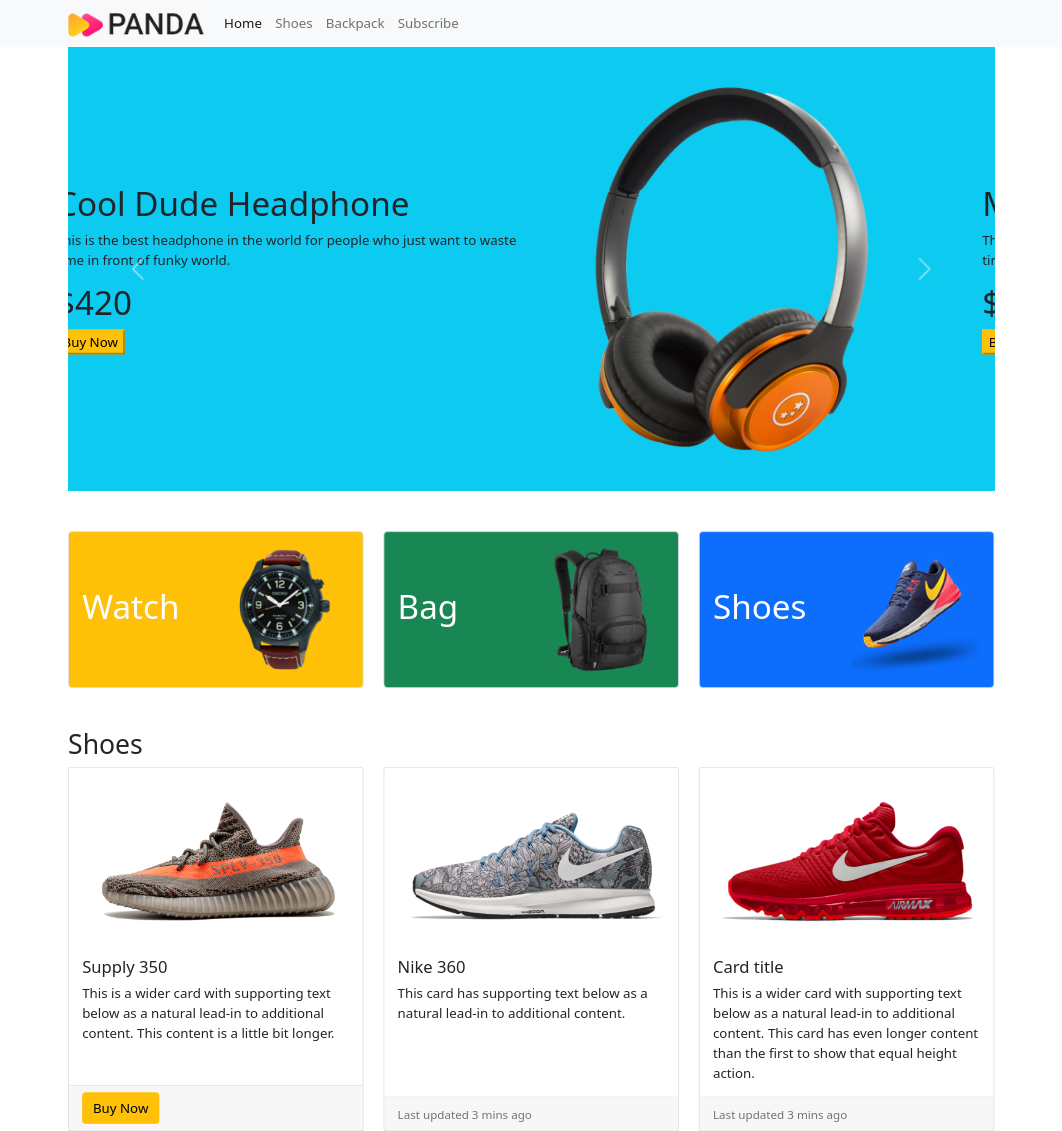
Repository: mdmohiddin/panda-commerce-rp
Page: index.html
The author's editor kept a copy of each file at every save. The page is drawn from the files as they stood at one save, then again after the next save.
The browser window is 1280 px wide. The pictures show the whole page, at 83% of full size.

Above is the page before, as saved 2021-07-28 18:32:56.

After the next save:
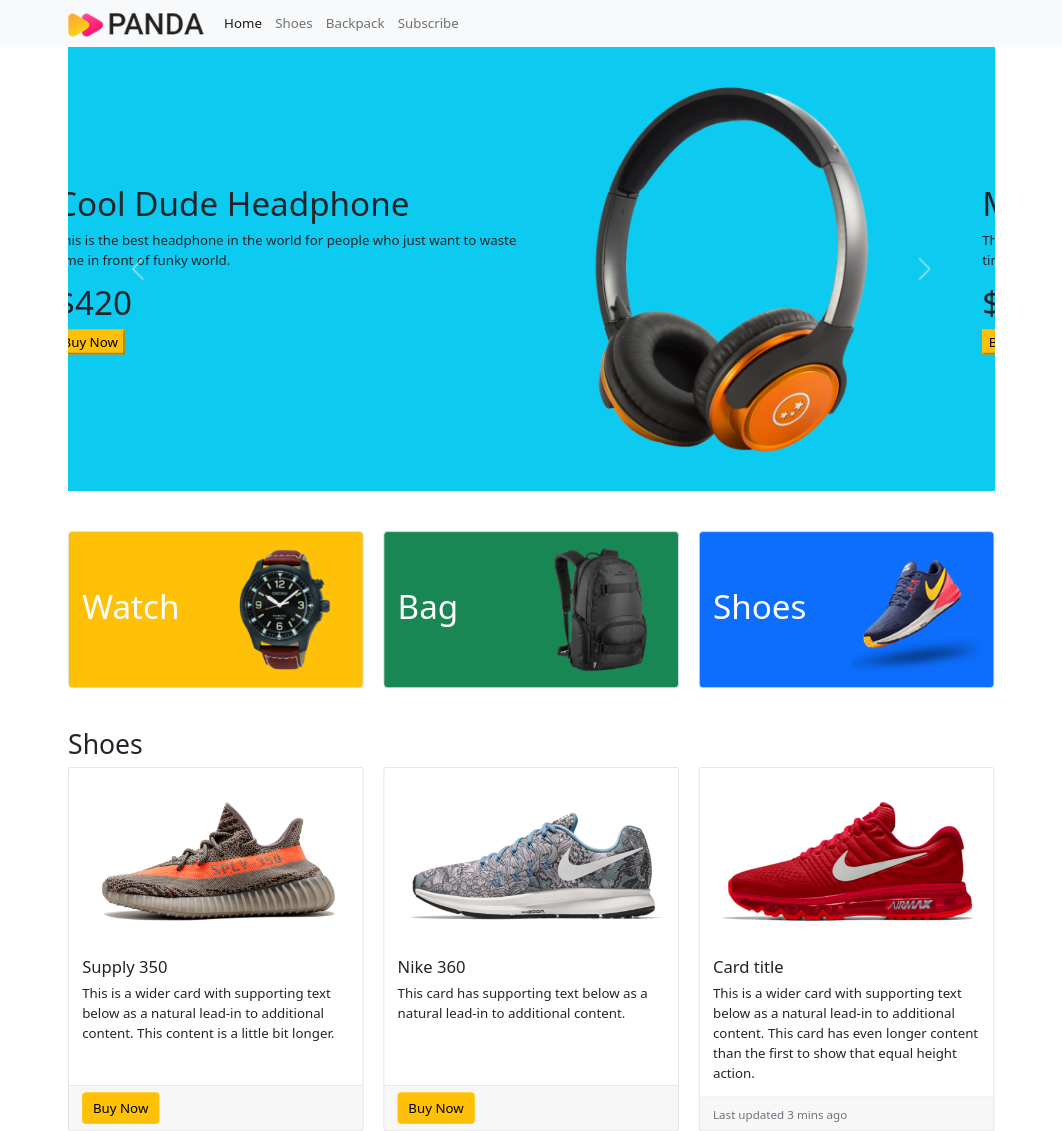
Saved 38 s later.
--- a/index.html
+++ b/index.html
@@ -161,7 +161,7 @@
                       <p class="card-text">This card has supporting text below as a natural lead-in to additional content.</p>
                     </div>
                     <div class="card-footer">
-                      <small class="text-muted">Last updated 3 mins ago</small>
+                      <button class="btn btn-warning">Buy Now</button>
                     </div>
                   </div>
                 </div>
